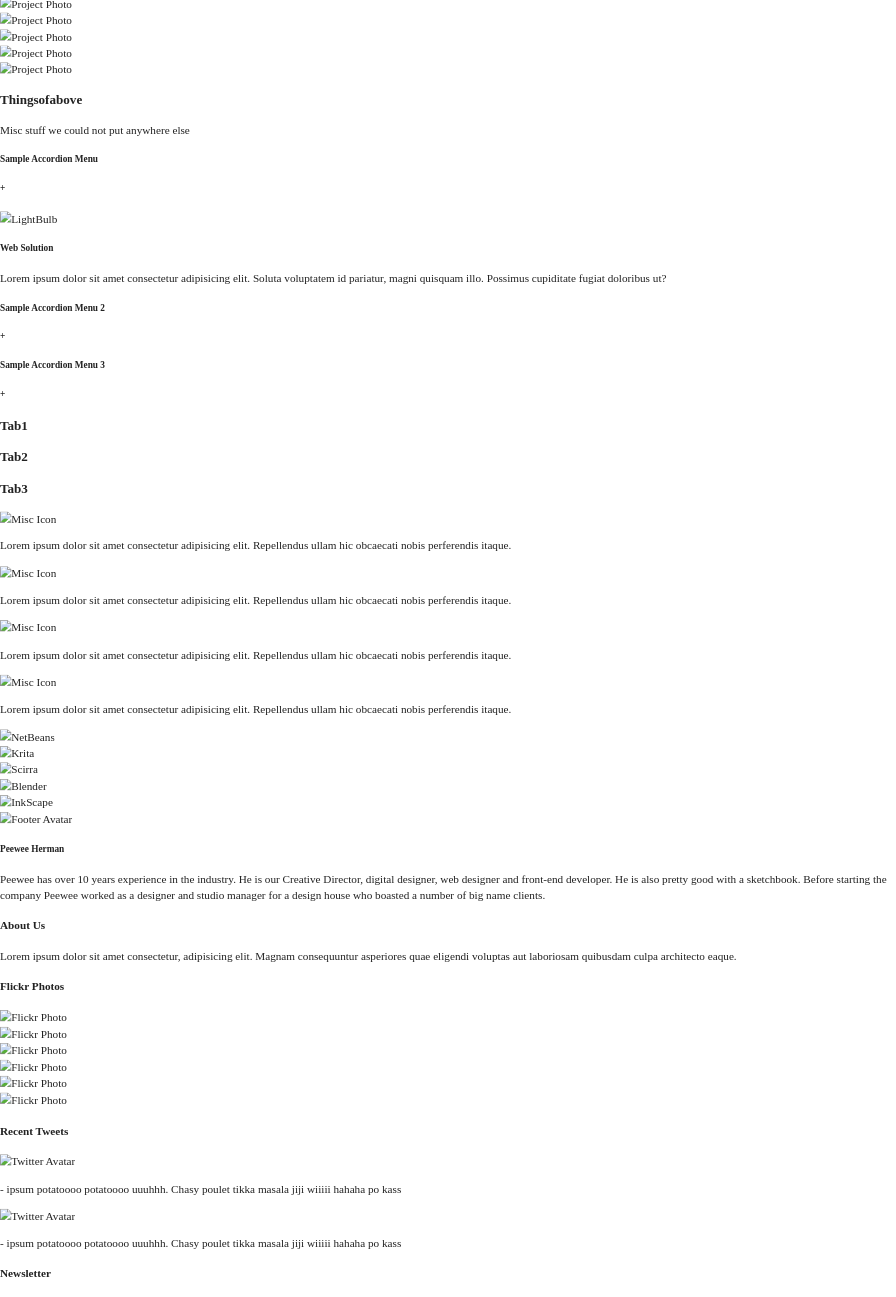
Repository: wilyyy/metrolics
Page: index.html
An editor plug-in stored every save of this project. The page is shown before and after the next save, followed by the edit.
The browser window is 1280 px wide. The pictures show the part of the page from y = 2667 to 4587 px (the page is 4520 px tall before and 4587 px after), at 70% of full size.

Above is the page before, as saved 2021-01-27 11:05:02.

### index.html
<!doctype html>
<html class="no-js" lang="">

<head>
  <meta charset="utf-8">
  <title>Home - Metrolics</title>
  <meta name="description" content="">
  <meta name="viewport" content="width=device-width, initial-scale=1">

  <meta property="og:title" content="">
  <meta property="og:type" content="">
  <meta property="og:url" content="">
  <meta property="og:image" content="">

  <link rel="manifest" href="site.webmanifest">
  <link rel="apple-touch-icon" href="icon.png">
  <!-- Place favicon.ico in the root directory -->

  <link rel="stylesheet" href="css/normalize.css">
  <link rel="stylesheet" href="css/main.css">

  <meta name="theme-color" content="#fafafa">
</head>

<body>

  <nav>
    <div class="logo">
      <h1 class="logo">Metrolics</h1>
      <img src="" alt="Metrolics Logo">
    </div>

    <div class="pages-container">
      <div class="page-button home">
        <img src="" alt="Page Icon" class="page-button-icon">
        <div>
          <p>Home</p>
        </div>
      </div>
      <div class="page-button pages">
        <img src="" alt="Page Icon" class="page-button-icon">
        <div>
          <p>Pages</p>
          <p>></p>
        </div>
      </div>
      <div class="page-button blog">
        <img src="" alt="Page Icon" class="page-button-icon">
        <div>
          <p>Blog</p>
          <p>></p>
        </div>
      </div>
      <div class="page-button portfolio">
        <img src="" alt="Page Icon" class="page-button-icon">
        <div>
          <p>Portfolio</p>
          <p>></p>
        </div>
      </div>
      <div class="page-button home-darkblue">
        <img src="" alt="Page Icon" class="page-button-icon">
        <div>
          <p>Home</p>
        </div>
      </div>
    </div>
  </nav>


  <header>
    <div class="column"></div>

    <div class="hero-image">
      <div class="arrow-containers">
        <div class="arrows">
          <img src="" alt="Left Arrow">
        </div>
        <div class="arrows">
          <img src="" alt="Right Arrow">
        </div>
      </div>
      <div class="header-info">
        <div class="header-info-container">
          <div class="header-info-indicator indicator-blue"></div>
          <h2>Metro Style</h2>
        </div>
        <div class="header-info-container">
          <div class="header-info-indicator indicator-salmon"></div>
          <h2>Retina Ready</h2>
        </div>
        <div class="header-info-container">
          <div class="header-info-indicator indicator-yellow"></div>
          <h2>Responsive Design</h2>
        </div>
      </div>
    </div>

    <div class="column"></div>
  </header>


  <main>
    <div>
      <h2>Hey guys! This is the Metrolics theme.
        It sports a responsive layout with a mobile layout.
      </h2>
    </div>

    <section>
      <div>
        <h3>Things That We Do</h3>
        <p>Ask us what we can do for you</p>
      </div>

      <div class="services-container">
        <div class="service">
          <img src="" alt="Web Solutions Icon">
          <h4>Web Solutions</h4>
          <p>We are a fairly small, flexible design studio that designs for print and web. We work flexibly
            with clients to fulfil their design needs. Whether you need to create a brand from scratch, including marketing materials and a beautiful and
            functional website or whether you are looking for a design refresh we are confident you will be pleased with the results.
          </p>
        </div>
      </div>

      <div class="services-container">
        <div class="service">
          <img src="" alt="Photography Icon">
          <h4>Photography</h4>
          <p>We are a fairly small, flexible design studio that designs for print and web. We work flexibly
            with clients to fulfil their design needs. Whether you need to create a brand from scratch, including marketing materials and a beautiful and
            functional website or whether you are looking for a design refresh we are confident you will be pleased with the results.
          </p>
        </div>
      </div>

      <div class="services-container">
        <div class="service">
          <img src="" alt="Web Development Icon">
          <h4>Web Development</h4>
          <p>We are a fairly small, flexible design studio that designs for print and web. We work flexibly
            with clients to fulfil their design needs. Whether you need to create a brand from scratch, including marketing materials and a beautiful and
            functional website or whether you are looking for a design refresh we are confident you will be pleased with the results.
          </p>
        </div>
      </div>

      <div class="services-container">
        <div class="service">
          <img src="" alt="Web Design Icon">
          <h4>Web Design</h4>
          <p>We are a fairly small, flexible design studio that designs for print and web. We work flexibly
            with clients to fulfil their design needs. Whether you need to create a brand from scratch, including marketing materials and a beautiful and
            functional website or whether you are looking for a design refresh we are confident you will be pleased with the results.
          </p>
        </div>
      </div>
    </section>

    <section>
      <div>
        <h3>What's Up Lately?</h3>
        <p>Read up on our latest work</p>
      </div>

      <div class="blog-container">
        <div class="blog">
          <div class="blog-image">
            <div class="blog-image-date">
              <h4>29</h4>
              <p>Nov. 2013</p>
            </div>
            <img src="" alt="Blog Image">
          </div>
          <div class="blog-image-info">
            <div>
              <h4>Sample Image Post</h4>
              <p>Photography</p>
            </div>
            <div class="blog-icon">
              <img src="" alt="Blog Icon">
            </div>
          </div>
        </div>
        <div class="blog">
          <div class="blog-image">
            <div class="blog-image-date">
              <h4>29</h4>
              <p>Nov. 2013</p>
            </div>
            <img src="" alt="Blog Image">
          </div>
          <div class="blog-image-info">
            <div>
              <h4>Sample Image Post</h4>
              <p>Photography</p>
            </div>
            <div class="blog-icon">
              <img src="" alt="Blog Icon">
            </div>
          </div>
        </div>
        <div class="blog">
          <div class="blog-image">
            <div class="blog-image-date">
              <h4>29</h4>
              <p>Nov. 2013</p>
            </div>
            <img src="" alt="Blog Image">
          </div>
          <div class="blog-image-info">
            <div>
              <h4>Sample Image Post</h4>
              <p>Photography</p>
            </div>
            <div class="blog-icon">
              <img src="" alt="Blog Icon">
            </div>
          </div>
        </div>
      </div>
    </section>

    <section>
      <div>
        <h3>Our Latest Projects</h3>
        <p>Client happy? We are happy</p>
      </div>

      <div class="project-photo">
        <img src="" alt="Project Photo">
        <div class="project-photo-hover">
          <div class="hover-info">
            <div>
              <h4>Sample Image Info</h4>
              <p>Photography</p>
            </div>
            <div class="info-icon">
              <img src="" alt="File Icon">
            </div>
          </div>
        </div>
      </div>

      <div class="project-photo">
        <img src="" alt="Project Photo">
      </div>

      <div class="project-photo">
        <img src="" alt="Project Photo">
      </div>

      <div class="project-photo">
        <img src="" alt="Project Photo">
      </div>

      <div class="project-photo">
        <img src="" alt="Project Photo">
      </div>

      <div class="project-photo">
        <img src="" alt="Project Photo">
      </div>
    </section>

    <section>
      <div>
        <h3>Thingsofabove</h3>
        <p>Misc stuff we could not put anywhere else</p>
      </div>

      <div class="misc-container">
        <div class="sample-menu">
          <div class="sample-featured">
            <div class="sample-header sample-header-blue">
              <h5>Sample Accordion Menu</h5>
              <h5>+</h5>
            </div>
            <div class="sample-content">
              <img src="" alt="LightBulb">
              <div>
                <h5>Web Solution</h5>
                <p>Lorem ipsum dolor sit amet consectetur adipisicing elit. Soluta voluptatem id pariatur, magni quisquam illo.
                  Possimus cupiditate fugiat doloribus ut?</p>
              </div>
            </div>
          </div>
          <div class="sample-header">
            <h5>Sample Accordion Menu 2</h5>
            <h5>+</h5>
          </div>
          <div class="sample-header">
            <h5>Sample Accordion Menu 3</h5>
            <h5>+</h5>
          </div>
        </div>

        <div class="tab-menu">
          <div class="tab-container">
            <div>
              <h3 class="tab-active">Tab1</h3>
            </div>
            <div>
              <h3 class="tab-inactive">Tab2</h3>
            </div>
            <div>
              <h3 class="tab-inactive">Tab3</h3>
            </div>
          </div>
          <div class="tab-content">
            <div class="tab-content-row">
              <img src="" alt="Misc Icon" class="misc-icon-salmon">
              <p>Lorem ipsum dolor sit amet consectetur adipisicing elit. Repellendus ullam hic obcaecati nobis perferendis itaque.</p>
            </div>
            <div class="tab-content-row">
              <img src="" alt="Misc Icon" class="misc-icon-green">
              <p>Lorem ipsum dolor sit amet consectetur adipisicing elit. Repellendus ullam hic obcaecati nobis perferendis itaque.</p>
            </div>
            <div class="tab-content-row">
              <img src="" alt="Misc Icon" class="misc-icon-yellow">
              <p>Lorem ipsum dolor sit amet consectetur adipisicing elit. Repellendus ullam hic obcaecati nobis perferendis itaque.</p>
            </div>
            <div class="tab-content-row">
              <img src="" alt="Misc Icon" class="misc-icon-purple">
              <p>Lorem ipsum dolor sit amet consectetur adipisicing elit. Repellendus ullam hic obcaecati nobis perferendis itaque.</p>
            </div>
          </div>
        </div>
      </div>
    </section>

    <section class="sponsors">
      <div>
        <img src="" alt="NetBeans">
      </div>
      <div>
        <img src="" alt="Krita">
      </div>
      <div>
        <img src="" alt="Scirra">
      </div>
      <div>
        <img src="" alt="Blender">
      </div>
      <div>
        <img src="" alt="InkScape">
      </div>
    </section>
  </main>


  <footer>
    <div class="bio">
      <div class="bio-avatar">
        <img src="" alt="Footer Avatar">
      </div>
      <div class="bio-info">
        <h5>Peewee Herman</h5>
        <p>Peewee has over 10 years experience in the industry. He is our Creative Director, digital designer, web designer and
          front-end developer. He is also pretty good with a sketchbook. Before starting the company
           Peewee worked as a designer and studio manager for a design house who boasted a number of big name clients.
        </p>
      </div>
    </div>

    <div class="footer-info">
      <div class="footer-info-container">
        <h4>About Us</h4>
        <p>Lorem ipsum dolor sit amet consectetur, adipisicing elit.
          Magnam consequuntur asperiores quae eligendi voluptas aut laboriosam quibusdam culpa architecto eaque.
        </p>
      </div>

      <div class="footer-info-container">
        <h4>Flickr Photos</h4>
        <div class="flickr-container">
          <div class="flickr-photo"><img src="" alt="Flickr Photo"></div>
          <div class="flickr-photo"><img src="" alt="Flickr Photo"></div>
          <div class="flickr-photo"><img src="" alt="Flickr Photo"></div>
          <div class="flickr-photo"><img src="" alt="Flickr Photo"></div>
          <div class="flickr-photo"><img src="" alt="Flickr Photo"></div>
          <div class="flickr-photo"><img src="" alt="Flickr Photo"></div>
        </div>
      </div>

      <div class="footer-info-container">
        <h4>Recent Tweets</h4>
        <div class="twitter-container">
          <div class="twitter-avatar"><img src="" alt="Twitter Avatar"></div>
          <div class="tweet">
            <p><strong class="twitter-username"></strong> - ipsum potatoooo potatoooo uuuhhh. Chasy poulet tikka masala jiji wiiiii hahaha po kass</p>
          </div>
        </div>
        <div class="twitter-container">
          <div class="twitter-avatar"><img src="" alt="Twitter Avatar"></div>
          <div class="tweet">
            <p><strong class="twitter-username"></strong> - ipsum potatoooo potatoooo uuuhhh. Chasy poulet tikka masala jiji wiiiii hahaha po kass</p>
          </div>
        </div>
      </div>

      <div class="footer-info-container">
        <h4>Newsletter</h4>

      </div>
    </div>
  </footer>


  <script src="js/vendor/modernizr-3.11.2.min.js"></script>
  <script src="js/plugins.js"></script>
  <script src="js/main.js"></script>

  <!-- Google Analytics: change UA-XXXXX-Y to be your site's ID. -->
  <script>
    window.ga = function () { ga.q.push(arguments) }; ga.q = []; ga.l = +new Date;
    ga('create', 'UA-XXXXX-Y', 'auto'); ga('set', 'anonymizeIp', true); ga('set', 'transport', 'beacon'); ga('send', 'pageview')
  </script>
  <script src="https://www.google-analytics.com/analytics.js" async></script>
</body>

</html>

### css/main.css
/*! HTML5 Boilerplate v8.0.0 | MIT License | https://html5boilerplate.com/ */

/* main.css 2.1.0 | MIT License | https://github.com/h5bp/main.css#readme */
/*
 * What follows is the result of much research on cross-browser styling.
 * Credit left inline and big thanks to Nicolas Gallagher, Jonathan Neal,
 * Kroc Camen, and the H5BP dev community and team.
 */

/* ==========================================================================
   Base styles: opinionated defaults
   ========================================================================== */

html {
  color: #222;
  font-size: 1em;
  line-height: 1.4;
}

/*
 * Remove text-shadow in selection highlight:
 * https://twitter.com/miketaylr/status/12228805301
 *
 * Vendor-prefixed and regular ::selection selectors cannot be combined:
 * https://stackoverflow.com/a/16982510/7133471
 *
 * Customize the background color to match your design.
 */

::-moz-selection {
  background: #b3d4fc;
  text-shadow: none;
}

::selection {
  background: #b3d4fc;
  text-shadow: none;
}

/*
 * A better looking default horizontal rule
 */

hr {
  display: block;
  height: 1px;
  border: 0;
  border-top: 1px solid #ccc;
  margin: 1em 0;
  padding: 0;
}

/*
 * Remove the gap between audio, canvas, iframes,
 * images, videos and the bottom of their containers:
 * https://github.com/h5bp/html5-boilerplate/issues/440
 */

audio,
canvas,
iframe,
img,
svg,
video {
  vertical-align: middle;
}

/*
 * Remove default fieldset styles.
 */

fieldset {
  border: 0;
  margin: 0;
  padding: 0;
}

/*
 * Allow only vertical resizing of textareas.
 */

textarea {
  resize: vertical;
}

/* ==========================================================================
   Author's custom styles
   ========================================================================== */

/* ==========================================================================
   Helper classes
   ========================================================================== */

/*
 * Hide visually and from screen readers
 */

.hidden,
[hidden] {
  display: none !important;
}

/*
 * Hide only visually, but have it available for screen readers:
 * https://snook.ca/archives/html_and_css/hiding-content-for-accessibility
 *
 * 1. For long content, line feeds are not interpreted as spaces and small width
 *    causes content to wrap 1 word per line:
 *    https://medium.com/@jessebeach/beware-smushed-off-screen-accessible-text-5952a4c2cbfe
 */

.sr-only {
  border: 0;
  clip: rect(0, 0, 0, 0);
  height: 1px;
  margin: -1px;
  overflow: hidden;
  padding: 0;
  position: absolute;
  white-space: nowrap;
  width: 1px;
  /* 1 */
}

/*
 * Extends the .sr-only class to allow the element
 * to be focusable when navigated to via the keyboard:
 * https://www.drupal.org/node/897638
 */

.sr-only.focusable:active,
.sr-only.focusable:focus {
  clip: auto;
  height: auto;
  margin: 0;
  overflow: visible;
  position: static;
  white-space: inherit;
  width: auto;
}

/*
 * Hide visually and from screen readers, but maintain layout
 */

.invisible {
  visibility: hidden;
}

/*
 * Clearfix: contain floats
 *
 * For modern browsers
 * 1. The space content is one way to avoid an Opera bug when the
 *    `contenteditable` attribute is included anywhere else in the document.
 *    Otherwise it causes space to appear at the top and bottom of elements
 *    that receive the `clearfix` class.
 * 2. The use of `table` rather than `block` is only necessary if using
 *    `:before` to contain the top-margins of child elements.
 */

.clearfix::before,
.clearfix::after {
  content: " ";
  display: table;
}

.clearfix::after {
  clear: both;
}

/* ==========================================================================
   EXAMPLE Media Queries for Responsive Design.
   These examples override the primary ('mobile first') styles.
   Modify as content requires.
   ========================================================================== */

@media only screen and (min-width: 35em) {
  /* Style adjustments for viewports that meet the condition */
}

@media print,
  (-webkit-min-device-pixel-ratio: 1.25),
  (min-resolution: 1.25dppx),
  (min-resolution: 120dpi) {
  /* Style adjustments for high resolution devices */
}

/* ==========================================================================
   Print styles.
   Inlined to avoid the additional HTTP request:
   https://www.phpied.com/delay-loading-your-print-css/
   ========================================================================== */

@media print {
  *,
  *::before,
  *::after {
    background: #fff !important;
    color: #000 !important;
    /* Black prints faster */
    box-shadow: none !important;
    text-shadow: none !important;
  }

  a,
  a:visited {
    text-decoration: underline;
  }

  a[href]::after {
    content: " (" attr(href) ")";
  }

  abbr[title]::after {
    content: " (" attr(title) ")";
  }

  /*
   * Don't show links that are fragment identifiers,
   * or use the `javascript:` pseudo protocol
   */
  a[href^="#"]::after,
  a[href^="javascript:"]::after {
    content: "";
  }

  pre {
    white-space: pre-wrap !important;
  }

  pre,
  blockquote {
    border: 1px solid #999;
    page-break-inside: avoid;
  }

  /*
   * Printing Tables:
   * https://web.archive.org/web/20180815150934/http://css-discuss.incutio.com/wiki/Printing_Tables
   */
  thead {
    display: table-header-group;
  }

  tr,
  img {
    page-break-inside: avoid;
  }

  p,
  h2,
  h3 {
    orphans: 3;
    widows: 3;
  }

  h2,
  h3 {
    page-break-after: avoid;
  }
}

### js/plugins.js
// Avoid `console` errors in browsers that lack a console.
(function() {
  var method;
  var noop = function () {};
  var methods = [
    'assert', 'clear', 'count', 'debug', 'dir', 'dirxml', 'error',
    'exception', 'group', 'groupCollapsed', 'groupEnd', 'info', 'log',
    'markTimeline', 'profile', 'profileEnd', 'table', 'time', 'timeEnd',
    'timeline', 'timelineEnd', 'timeStamp', 'trace', 'warn'
  ];
  var length = methods.length;
  var console = (window.console = window.console || {});

  while (length--) {
    method = methods[length];

    // Only stub undefined methods.
    if (!console[method]) {
      console[method] = noop;
    }
  }
}());

// Place any jQuery/helper plugins in here.

Loaded but not shown: css/normalize.css (library); js/vendor/modernizr-3.11.2.min.js (library); js/main.js (no stored copy; drawn as an empty file)

After the next save:
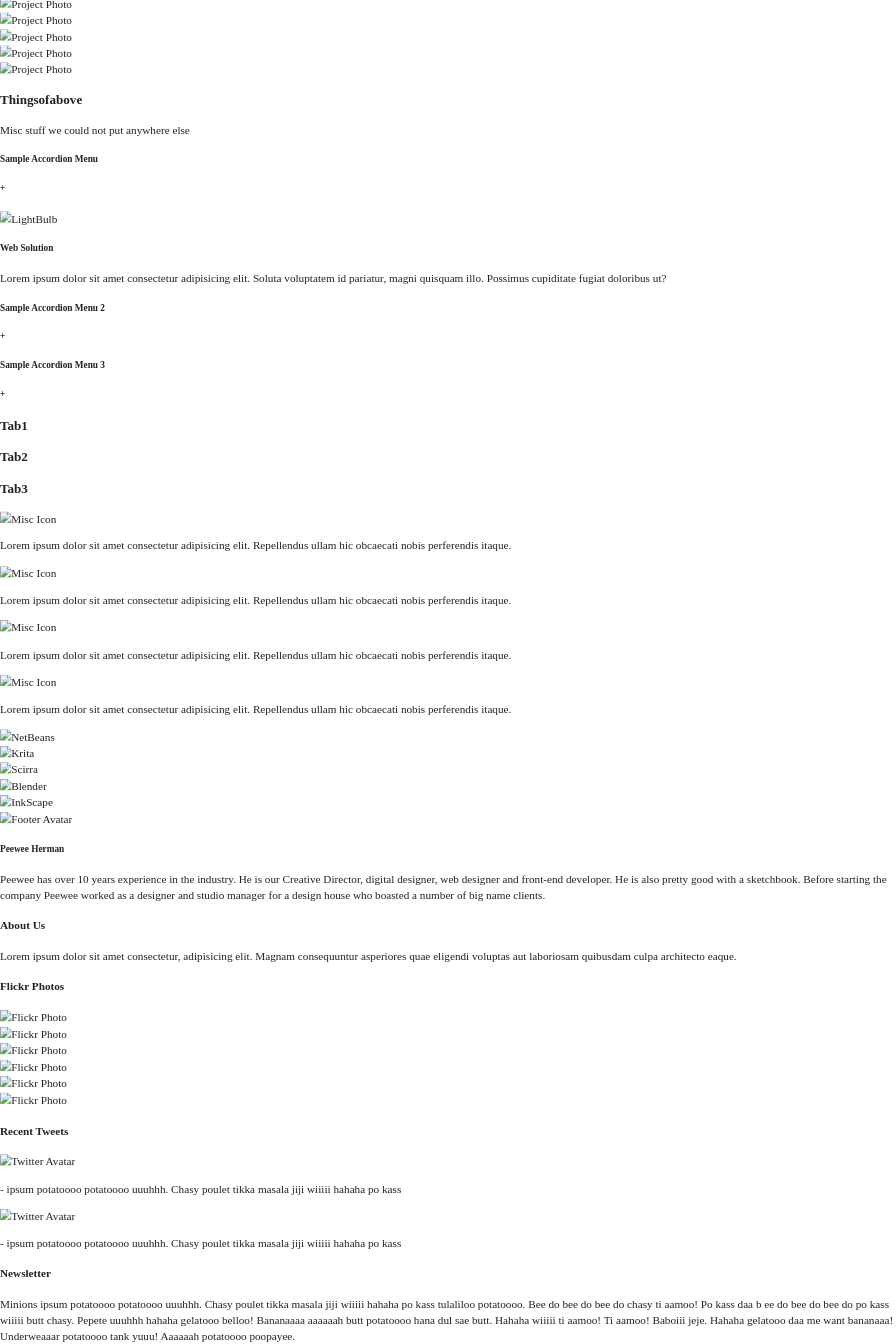
Saved 38 s later.
--- a/index.html
+++ b/index.html
@@ -402,7 +402,7 @@
 
       <div class="footer-info-container">
         <h4>Newsletter</h4>
-
+        <div>Minions ipsum potatoooo potatoooo uuuhhh. Chasy poulet tikka masala jiji wiiiii hahaha po kass tulaliloo potatoooo. Bee do bee do bee do chasy ti aamoo! Po kass daa b ee do bee do bee do po kass wiiiii butt chasy. Pepete uuuhhh hahaha gelatooo belloo!    Bananaaaa aaaaaah butt potatoooo hana dul sae butt. Hahaha wiiiii ti aamoo! Ti aamoo! Baboiii jeje. Hahaha gelatooo daa me want bananaaa! Underweaaar potatoooo tank yuuu! Aaaaaah potatoooo poopayee. </div>
       </div>
     </div>
   </footer>
